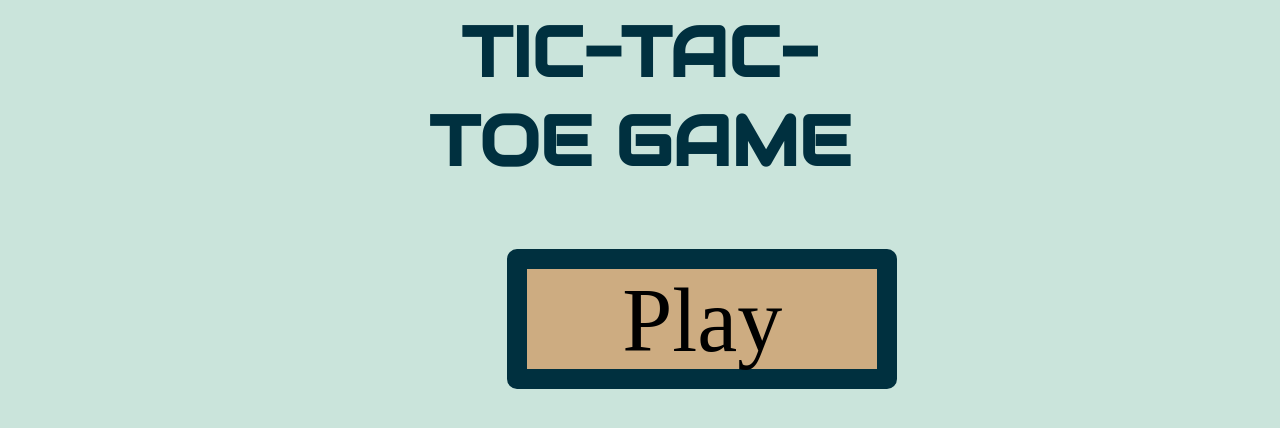
Repository: blackSky1213/tic-tac-toe
Page: index.html
An editor plug-in stored every save of this project. The page is shown before and after the next save, followed by the edit.
The browser window is 1280 px wide. The pictures show the whole page.

Above is the page before, as saved 2020-12-28 20:47:37.

### index.html
<!DOCTYPE html>
<html lang="en">

<head>
    <meta charset="UTF-8">
    <meta name="viewport" content="width=device-width, initial-scale=1.0">
    <title>Tic-Tac-Toe</title>
    <link rel="preconnect" href="https://fonts.gstatic.com">
    <link href="https://fonts.googleapis.com/css2?family=Audiowide&display=swap" rel="stylesheet">
    <link rel="stylesheet" href="styles/index.css">
</head>

<body>
    <h1 class="title">TIC-TAC-TOE GAME</h1>
    <div class="start"><spam class="play">Play</spam></div>
</body>

</html>

### styles/index.css
body{
    background-color:#cae4db;
}
.title{
    text-align:center;
    font-size:70px;
    margin:auto 30% auto 30%;
    font-family:'Audiowide', cursive;
    color:#00303f;
}
.start{
    background-color:#cdac81;
    width:350px;
    height:100px;
    margin:5% 30% auto 30%;
    position:relative;
    left:120px;
    border-radius: 10px;
    text-align: center;
    font-size: 90px;
    border:solid 20px #00303f;


}
.play{
    color:00303f;
}

After the next save:
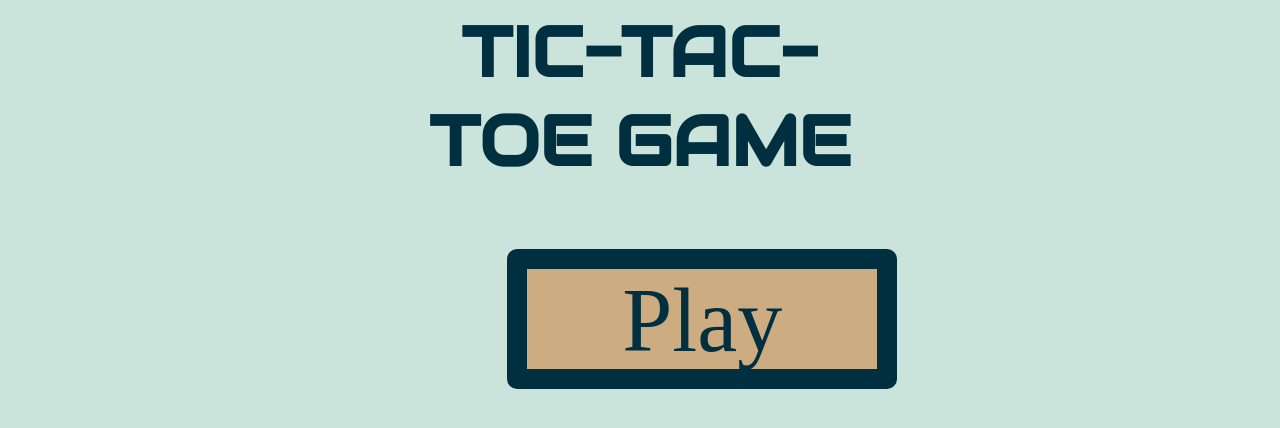
Saved 8 s later.
--- a/styles/index.css
+++ b/styles/index.css
@@ -23,5 +23,5 @@ body{
 
 }
 .play{
-    color:00303f;
+    color:#00303f;
 }
